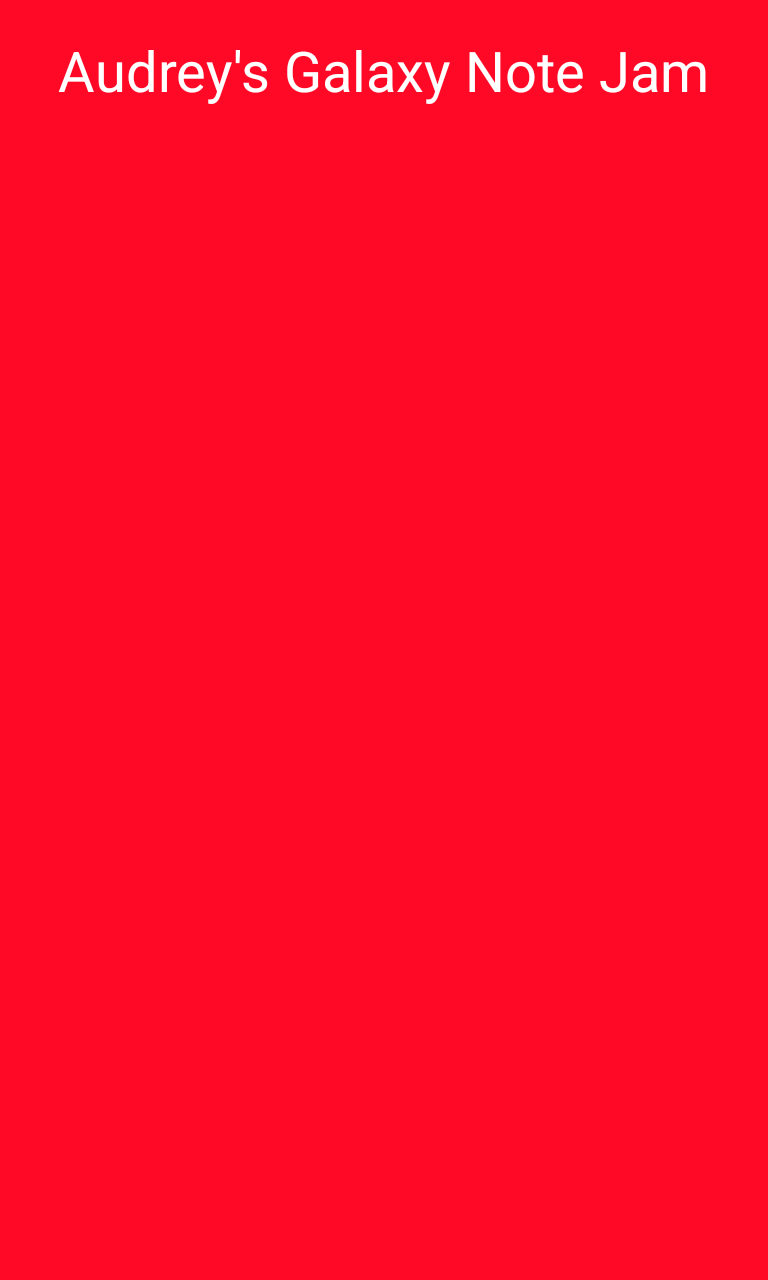
Repository: JayThomason/Tutti
Layout: tuttiUI/tuttiUI/res/layout/activity_view_jam.xml
These files come from the project's save history. The layout is drawn as it stood at one moment and after the next save; the edit follows.
It is drawn on a 768 x 1280 px phone screen (xhdpi) without system bars, with theme AppTheme; the app's code is not run. Lists and similar views that code fills are empty.

Above is the layout before, as saved 2014-03-09 08:51:58.

After the next save:
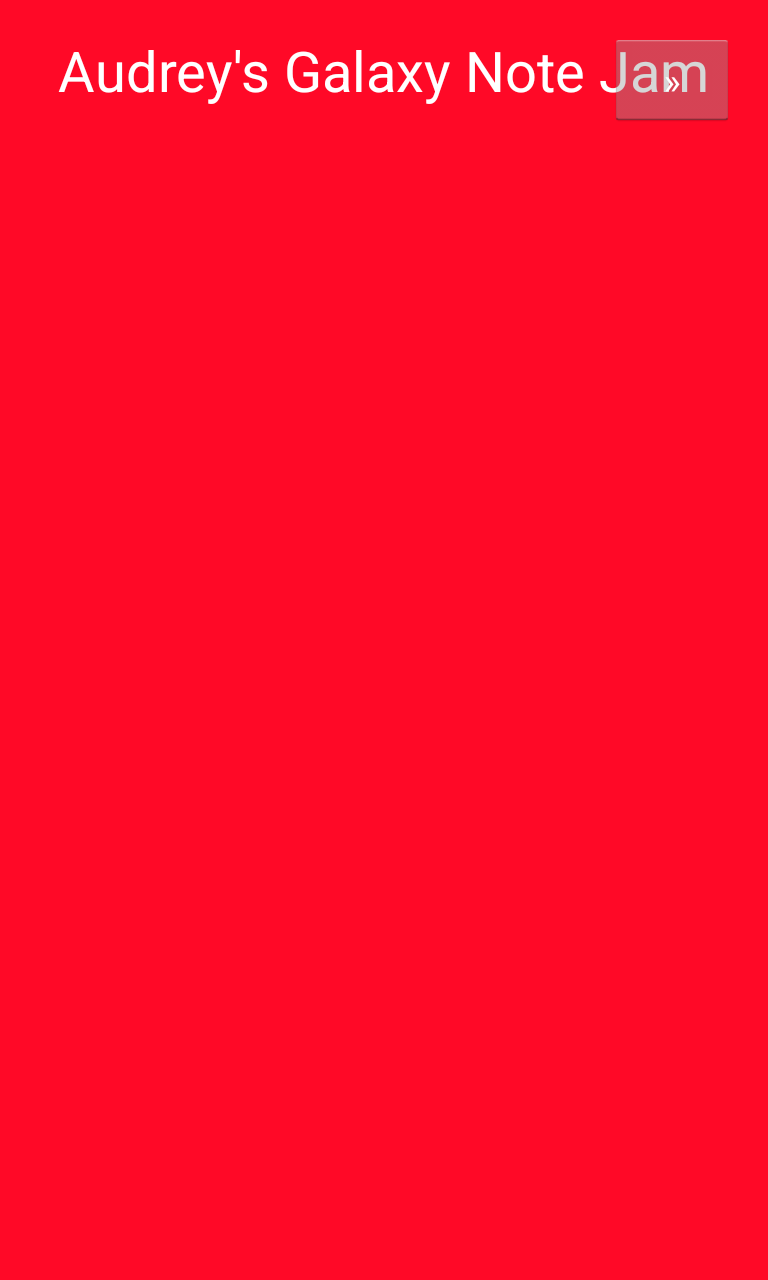
Saved 42 s later.
--- a/tuttiUI/tuttiUI/res/layout/activity_view_jam.xml
+++ b/tuttiUI/tuttiUI/res/layout/activity_view_jam.xml
@@ -28,6 +28,17 @@
 
     </ListView>
 
+        <Button
+        android:id="@+id/button1"
+        android:layout_width="wrap_content"
+        android:layout_height="wrap_content"
+        android:layout_alignBaseline="@+id/textView1"
+        android:layout_alignBottom="@+id/textView1"
+        android:layout_alignParentRight="true"
+        android:textColor="#ffffff"
+        android:text="»"
+        android:onClick="newJam"/>
+
     <Button
         android:id="@+id/secretButton"
         style="?android:attr/buttonStyleSmall"
@@ -40,4 +51,5 @@
         android:background="#FF0927"
         android:onClick="popupJoinRequest"/>
 
+
 </RelativeLayout>
